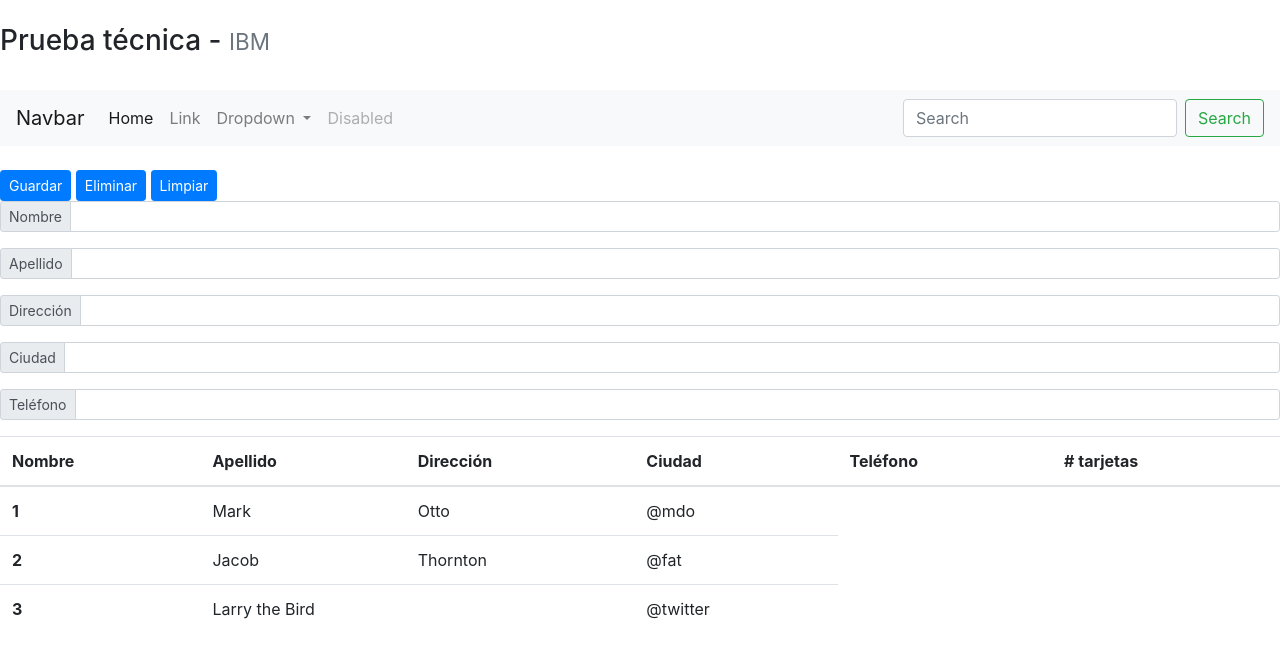
Repository: analozano16/ibm
Page: prueba_banco_war/src/main/webapp/index.html
These files come from the project's save history. The page is drawn as it stood at one moment and after the next save; the edit follows.
The browser window is 1280 px wide. The pictures show the whole page.
Some web libraries are served in a nearby version.

Above is the page before, as saved 2020-02-02 20:04:29.

After the next save:
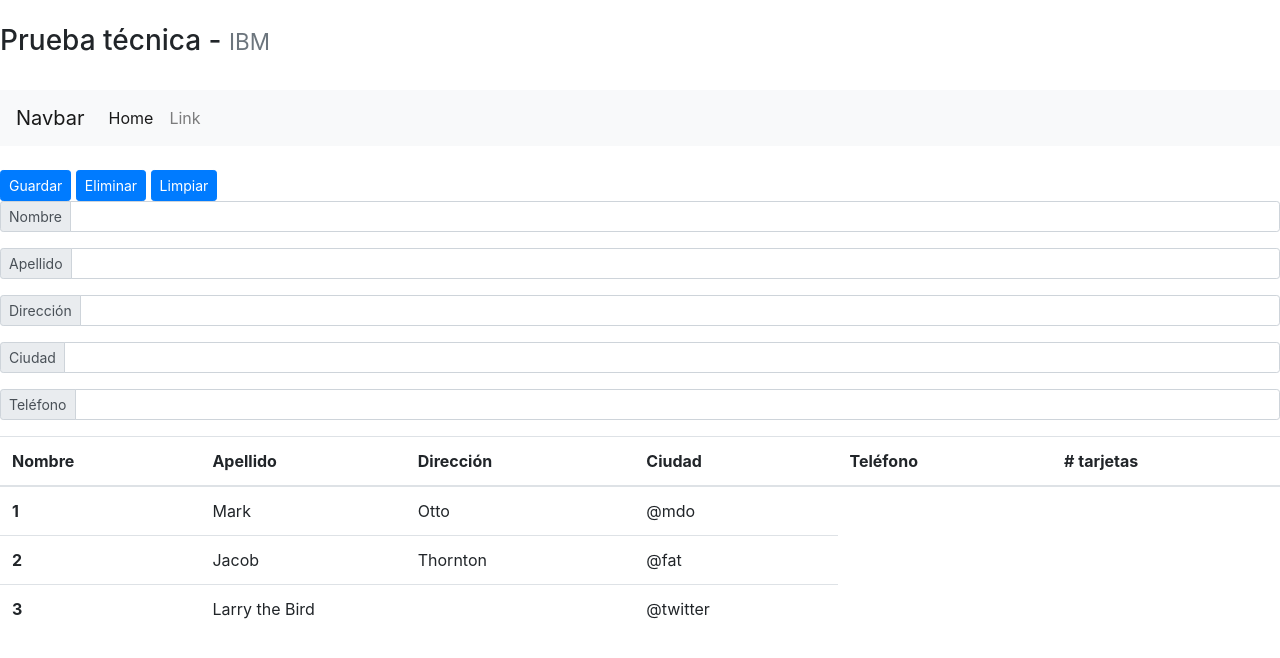
Saved 9 min 0 s later.
--- a/prueba_banco_war/src/main/webapp/index.html
+++ b/prueba_banco_war/src/main/webapp/index.html
@@ -32,25 +32,7 @@
           <li class="nav-item">
             <a class="nav-link" href="#">Link</a>
           </li>
-          <li class="nav-item dropdown">
-            <a class="nav-link dropdown-toggle" href="#" id="navbarDropdown" role="button" data-toggle="dropdown" aria-haspopup="true" aria-expanded="false">
-              Dropdown
-            </a>
-            <div class="dropdown-menu" aria-labelledby="navbarDropdown">
-              <a class="dropdown-item" href="#">Action</a>
-              <a class="dropdown-item" href="#">Another action</a>
-              <div class="dropdown-divider"></div>
-              <a class="dropdown-item" href="#">Something else here</a>
-            </div>
-          </li>
-          <li class="nav-item">
-            <a class="nav-link disabled" href="#">Disabled</a>
-          </li>
-        </ul>
-        <form class="form-inline my-2 my-lg-0">
-          <input class="form-control mr-sm-2" type="search" placeholder="Search" aria-label="Search">
-          <button class="btn btn-outline-success my-2 my-sm-0" type="submit">Search</button>
-        </form>
+         </ul>
       </div>
     </nav>
 
